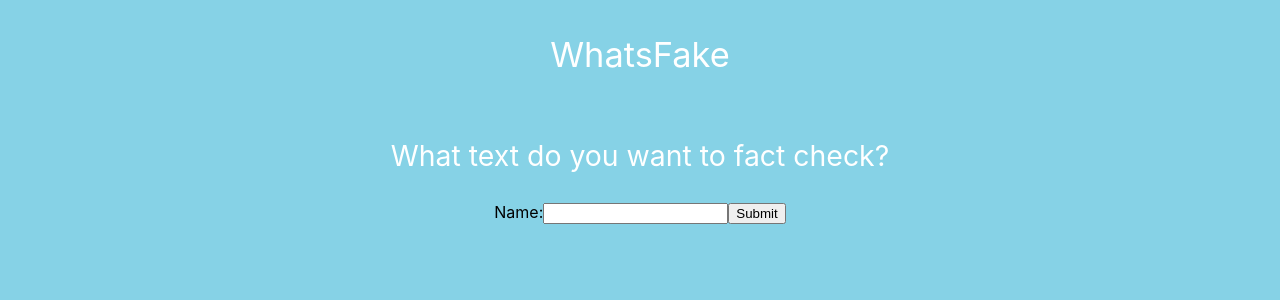
Repository: alkalox/FakeNews
Page: /
An editor plug-in stored every save of this project. The page is shown before and after the next save, followed by the edit.
The browser window is 1280 px wide. The pictures show the whole page.
The project was rebuilt for these pictures with package versions that can differ from the ones it lists, and the page was loaded fresh each time.

Above is the page before, as saved 2019-04-19 21:31:51.

After the next save:
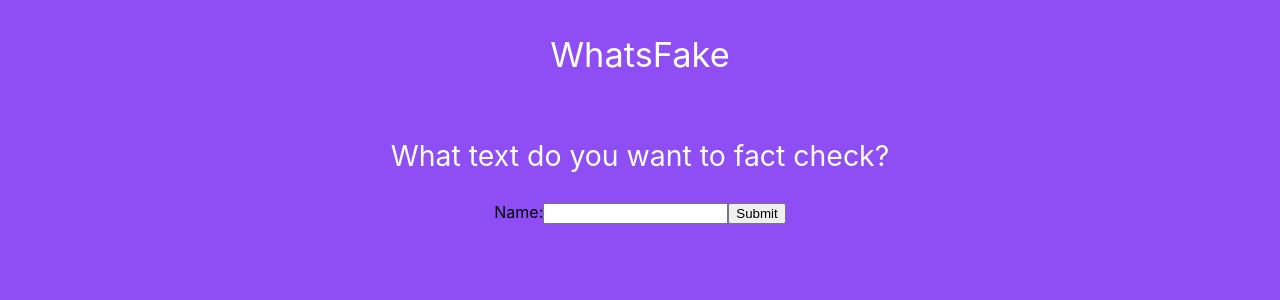
Saved 25 s later.
--- a/src/App.css
+++ b/src/App.css
@@ -3,7 +3,7 @@
 }
 .Header {
   text-align: center;
-  background-color: #86d2e6;
+  background-color: #8e4ef3;
   min-height: 100vh;
 }
 .App-header {
